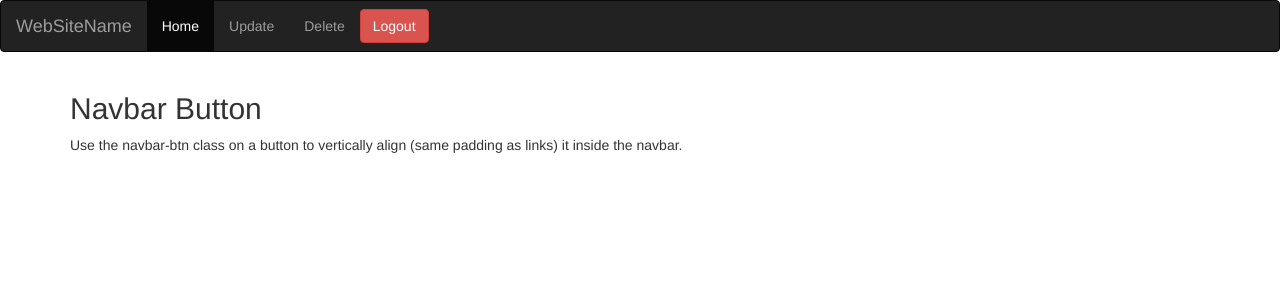
Repository: AvantiKopulwar/Task-Workspace
Page: http://localhost/AdminStudentLogin/homePage.jsp
The author's editor kept a copy of each file at every save. The page is drawn from the files as they stood at one save, then again after the next save.
The browser window is 1280 px wide. The pictures show the whole page.
The page is served by Tomcat 9. Nobody is signed in. The application's start-up code is not run.

Above is the page before, as saved 2018-10-01 13:36:44.

After the next save:
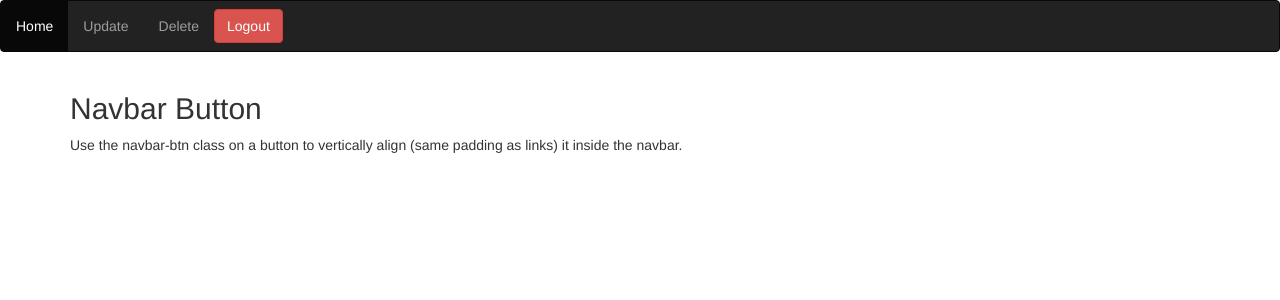
Saved 65 s later.
--- a/AdminStudentLogin/WebContent/homePage.jsp
+++ b/AdminStudentLogin/WebContent/homePage.jsp
@@ -13,10 +13,10 @@
 <body>
 
 <nav class="navbar navbar-inverse">
-  <div class="container-fluid">
+  <!-- <div class="container-fluid">
     <div class="navbar-header">
       <a class="navbar-brand" href="#">WebSiteName</a>
-    </div>
+    </div> -->
     <ul class="nav navbar-nav">
       <li class="active"><a href="#">Home</a></li>
       <li><a href="#">Update</a></li>
